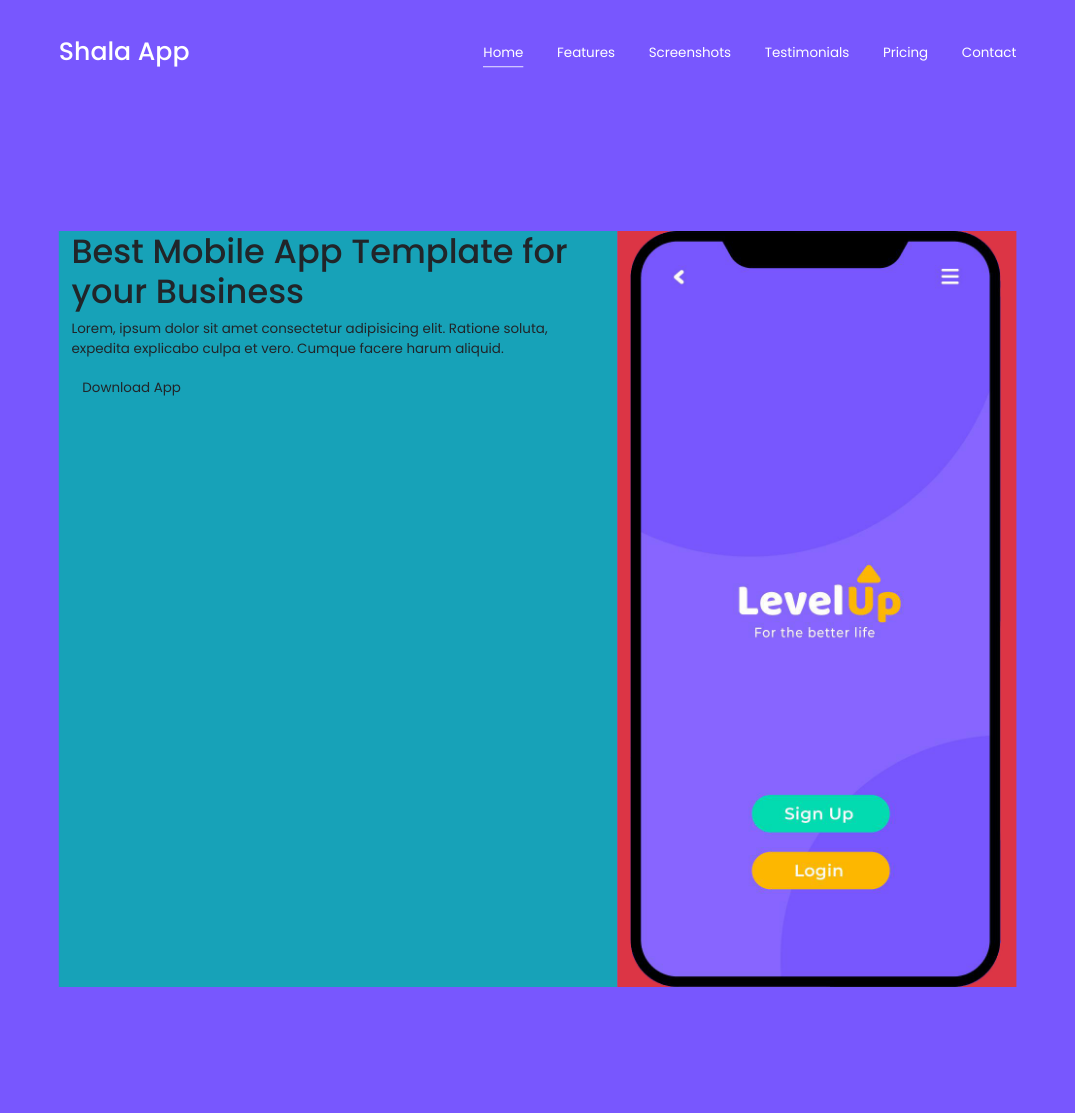
Repository: Mohamed-Hema/Shala-App
Page: index.html
An editor plug-in stored every save of this project. The page is shown before and after the next save, followed by the edit.
The browser window is 1280 px wide. The pictures show the whole page, at 84% of full size.

Above is the page before, as saved 2021-02-13 08:55:22.

### index.html
<!DOCTYPE html>
<html lang="zxx">
<head>
  <title>Shala - App Landing Page</title>
  <meta charset="utf-8">
  <meta name="viewport" content="width=device-width, initial-scale=1">
  <!-- owl carousel css -->
  <link rel="stylesheet" href="css/owl.carousel.min.css">
  <!-- font awesome icons -->
  <link rel="stylesheet" href="css/font-awesome.css">
  <!-- bootstrap css -->
  <link rel="stylesheet" href="css/bootstrap.min.css">
  <!-- main css -->
  <link rel="stylesheet" href="css/style.css">
</head>
<body>

  <!-- Start NavBar -->
  <nav class="navbar navbar-expand-md">
    <div class="container">
      <!-- Brand -->
      <a class="navbar-brand" href="#">Shala App</a>

      <!-- Toggler/collapsibe Button -->
      <button class="navbar-toggler" type="button" data-toggle="collapse" data-target="#collapsibleNavbar">
        <span class="navbar-toggler-icon"></span>
      </button>

      <!-- Navbar links -->
      <div class="collapse navbar-collapse" id="collapsibleNavbar">
        <ul class="navbar-nav ml-auto">
          <li class="nav-item">
            <a class="nav-link active" href="#">Home</a>
          </li>
          <li class="nav-item">
            <a class="nav-link" href="#">Features</a>
          </li>
          <li class="nav-item">
            <a class="nav-link" href="#">Screenshots</a>
          </li>
          <li class="nav-item">
            <a class="nav-link" href="#">Testimonials</a>
          </li>
          <li class="nav-item">
            <a class="nav-link" href="#">Pricing</a>
          </li>
          <li class="nav-item">
            <a class="nav-link" href="#">Contact</a>
          </li>
        </ul>
      </div>
    </div>
  </nav>

  <!-- End NavBar -->
  <!-- Start Home Section -->
  <section class="home">
    <div class="container">
      <div class="row">
        <div class="col-md-7 bg-info">
          <div class="home-text">
            <h1>Best Mobile App Template for your Business</h1>
            <p>Lorem, ipsum dolor sit amet consectetur adipisicing elit. Ratione soluta, expedita explicabo culpa et vero. Cumque facere harum aliquid.</p>
            <div class="home-btn">
              <a href="#" class="btn btn-1">Download App</a>
            </div>
          </div>
        </div>
        <div class="col-md-5 bg-danger">
          <div class="home-img">
            <img src="img/app-screenshots/1.png" alt="First App Screen">
          </div>
        </div>
      </div>
    </div>
  </section>
  <!-- End Home Section -->
<!-- jquery js -->
<script src="js/jquery.min.js"></script>
<!-- popper js -->
<script src="js/popper.min.js"></script>
<!-- bootstrap js -->
<script src="js/bootstrap.min.js"></script>
<!-- owl carousel js -->
<script src="js/owl.carousel.min.js"></script>
<!-- ScrollIt js -->
<script src="js/scrollIt.min.js"></script>
<!-- main js -->
<script src="js/main.js"></script>
</body>
</html>

### css/style.css
/* Start Global Styles */
@import url('https://fonts.googleapis.com/css2?family=Poppins:wght@300;400;500;600;700;800;900&display=swap');

*{
    margin: 0;
    padding: 0;
    outline: none!important;
}

:root{
    --main-color: #7857fe;
    --color-1: #e91e63;
    --color-2: #f5ae10;
    --color-3: #09d69c;
    --bg-dark: #2b2c2f;
    --main-to-dark-color: var(--main-color);
    --dark-to-main-color: var(--bg-dark);
    --shadow-black-100: 0 5px 15px rgba(0,0,0,.1);
    --shadow-black-100: 0 5px 15px rgba(0,0,0,.3);
    --black-900: #000;
    --black-400: #555555;
    --black-100: #f7f7f7;
    --black-000: #fff;
    --black-alpha-100: rgba(0,0,0,0.05);
}

body{
    font-family: 'Poppins', sans-serif;
    font-size: 16px;
    font-weight: 400;
    overflow-x: hidden;
    background-color: #fff;
}
img{
    max-width: 100%;
    vertical-align: middle;
}
ul{
    list-style: none;
}


/* End Global Styles */
/* Start Navbar */
.navbar{
    background-color: var(--main-color);
    padding: 20px 0;
}
.navbar > .container{
    padding: 15px 0;
}
.navbar .navbar-brand{
    font-size: 30px;
    color: #fff;
    font-weight: 500;
}
.navbar .nav-item{
    margin-left: 40px;
}
.navbar .nav-item .nav-link{
    color: #fff;
    font-size: 16px;
    font-weight: 400;
    padding: 5px 0;
    position: relative;
}
.navbar .nav-item .nav-link::before{
    content: '';
    position: absolute;
    left: 0;
    right: 0;
    bottom: 0;
    height: 1px;
    background-color: #fff;
    transition: all .5s ease;
    transform: scale(0);
}
.navbar .nav-item .nav-link.active::before,
.navbar .nav-item .nav-link:hover::before{
    transform: scale(1);
}

/* End Navbar */
/* Start Home Section */
.home{
    min-height: 100vh;
    padding: 150px 0;
    background-color: var(--main-to-dark-color);
}



/* End Home Section */

Loaded but not shown: css/owl.carousel.min.css (library); css/font-awesome.css (library); css/bootstrap.min.css (library); js/jquery.min.js (library); js/popper.min.js (library); js/bootstrap.min.js (library); js/owl.carousel.min.js (library); js/scrollIt.min.js (common file); js/main.js (no copy from this time; the picture is the same without it)

After the next save:
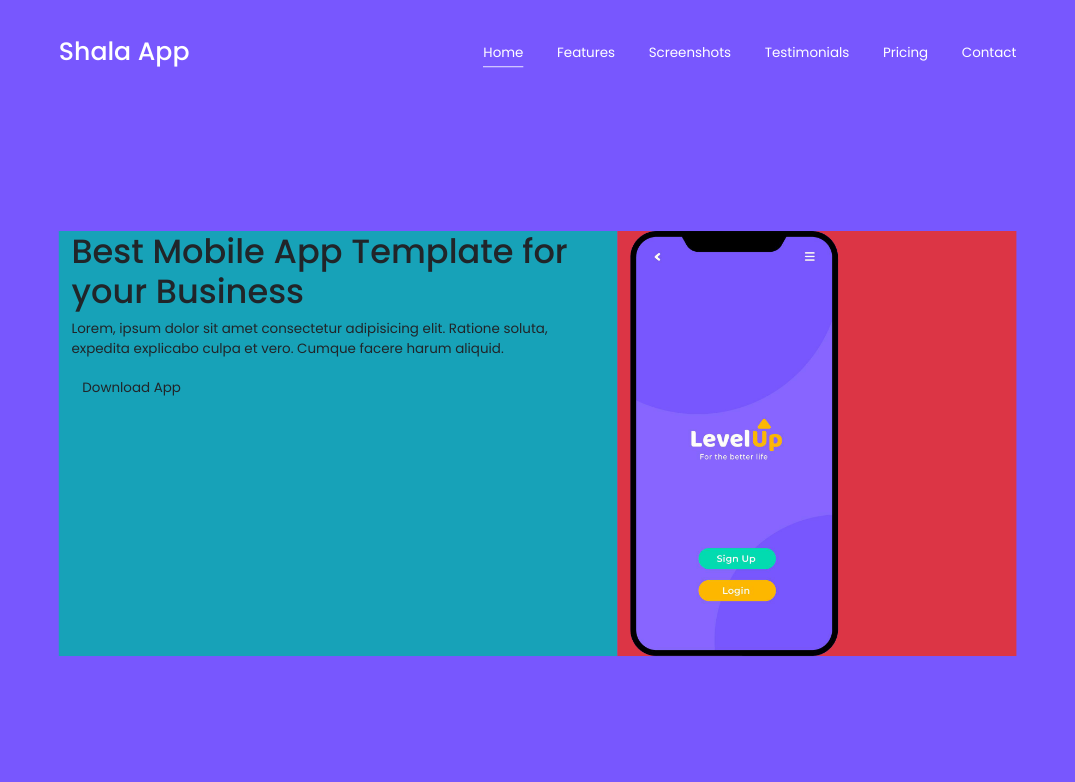
Saved 24 s later.
--- a/css/style.css
+++ b/css/style.css
@@ -87,7 +87,10 @@ ul{
     padding: 150px 0;
     background-color: var(--main-to-dark-color);
 }
-
+.home-img img{
+    max-width: 250px;
+    width: 100%;
+}
 
 
 /* End Home Section */
